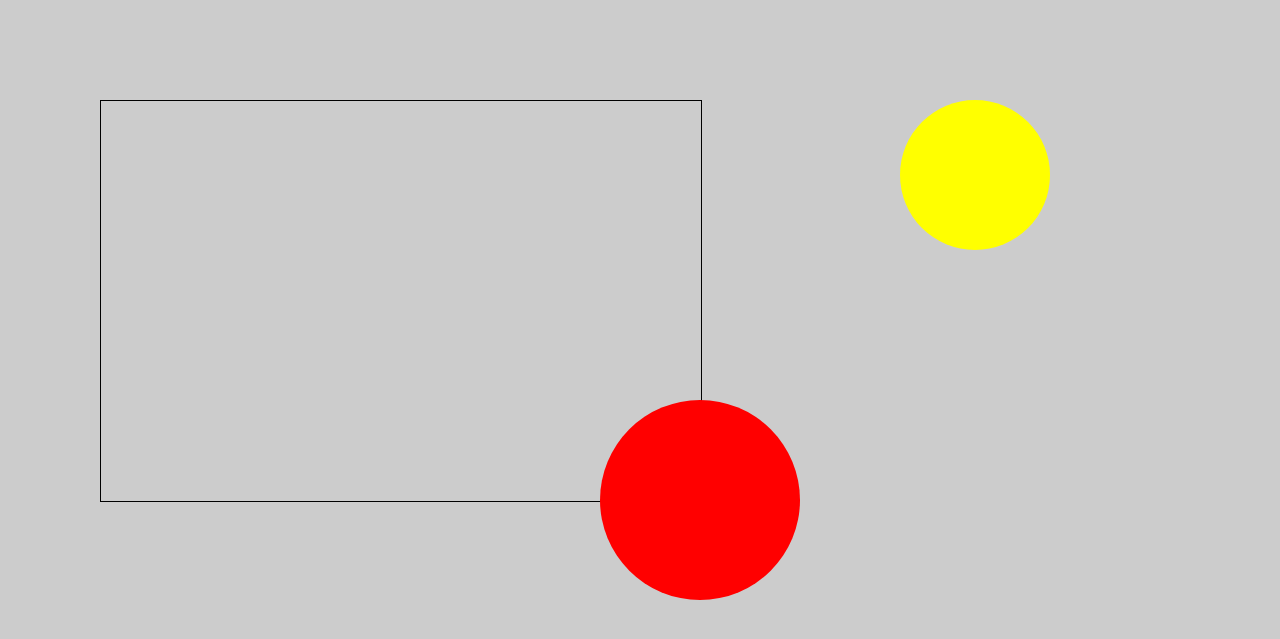
Repository: ScarApocalypse/study
Page: 一些想法/test.html
These files come from the project's save history. The page is drawn as it stood at one moment and after the next save; the edit follows.
The browser window is 1280 px wide. The pictures show the whole page.

Above is the page before, as saved 2019-08-02 17:03:18.

After the next save:
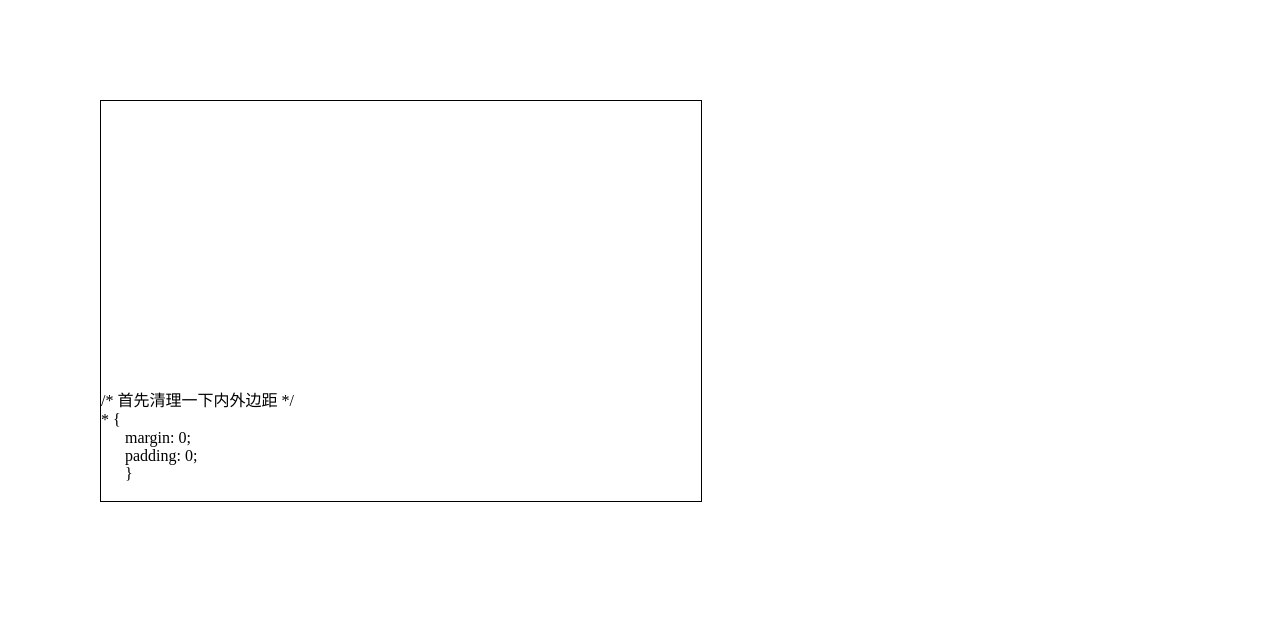
Saved 29 s later.
--- a/一些想法/test.html
+++ b/一些想法/test.html
@@ -139,41 +139,39 @@
         var strIndex = 0;
         var pat=/(body&|\*\b)/;
 
-        for(var i=0;i<cssText.length;i++){
-            console.log(cssText[i]);
-        }
-
-        // var timeOut = setInterval(() => {
-        //     if (strIndex == length - 1) {
-        //         // console.log(showStr);
-        //         $(show).css({
-        //             'background-color': '#333',
-        //             'position': 'relative',
-        //             'color': '#fff',
-        //         })
-        //         wrap.scrollTop = wrap.scrollHeight;
-        //         clearInterval(timeOut);
-
-        //     }
-        //     styleStr += [str[strIndex]];
-        //     showStr += [str[strIndex]];
-        //     if (reg.test(str[strIndex])) {
-        //         showStr += '<br>';
-        //         if ((str[strIndex + 1] != '}') && (str[strIndex + 1] != '.') && (str[strIndex + 1] != '/')) {
-        //             showStr += '&nbsp;&nbsp;&nbsp;&nbsp;&nbsp;'
-        //         }
-        //     }
-        //     if (str[strIndex] == '/' && str[strIndex - 1] == '*') {
-        //         showStr += '<br>';
-        //     }
-        //     // console.log(showStr);
-        //     // showStr=showStr.replace(pat,'<span class="red">'+'\$1'+'</span>');
-        //     show.innerHTML = showStr;
-        //     style.innerHTML = styleStr;
 
 
-        //     strIndex++;
-        // }, 50);
+        var timeOut = setInterval(() => {
+            if (strIndex == length - 1) {
+                // console.log(showStr);
+                $(show).css({
+                    'background-color': '#333',
+                    'position': 'relative',
+                    'color': '#fff',
+                })
+                wrap.scrollTop = wrap.scrollHeight;
+                clearInterval(timeOut);
+
+            }
+            styleStr += [str[strIndex]];
+            showStr += [str[strIndex]];
+            if (reg.test(str[strIndex])) {
+                showStr += '<br>';
+                if ((str[strIndex + 1] != '}') && (str[strIndex + 1] != '.') && (str[strIndex + 1] != '/')) {
+                    showStr += '&nbsp;&nbsp;&nbsp;&nbsp;&nbsp;'
+                }
+            }
+            if (str[strIndex] == '/' && str[strIndex - 1] == '*') {
+                showStr += '<br>';
+            }
+            // console.log(showStr);
+            // showStr=showStr.replace(pat,'<span class="red">'+'\$1'+'</span>');
+            show.innerHTML = showStr;
+            style.innerHTML = styleStr;
+
+
+            strIndex++;
+        }, 50);
     </script>
 </body>
 
